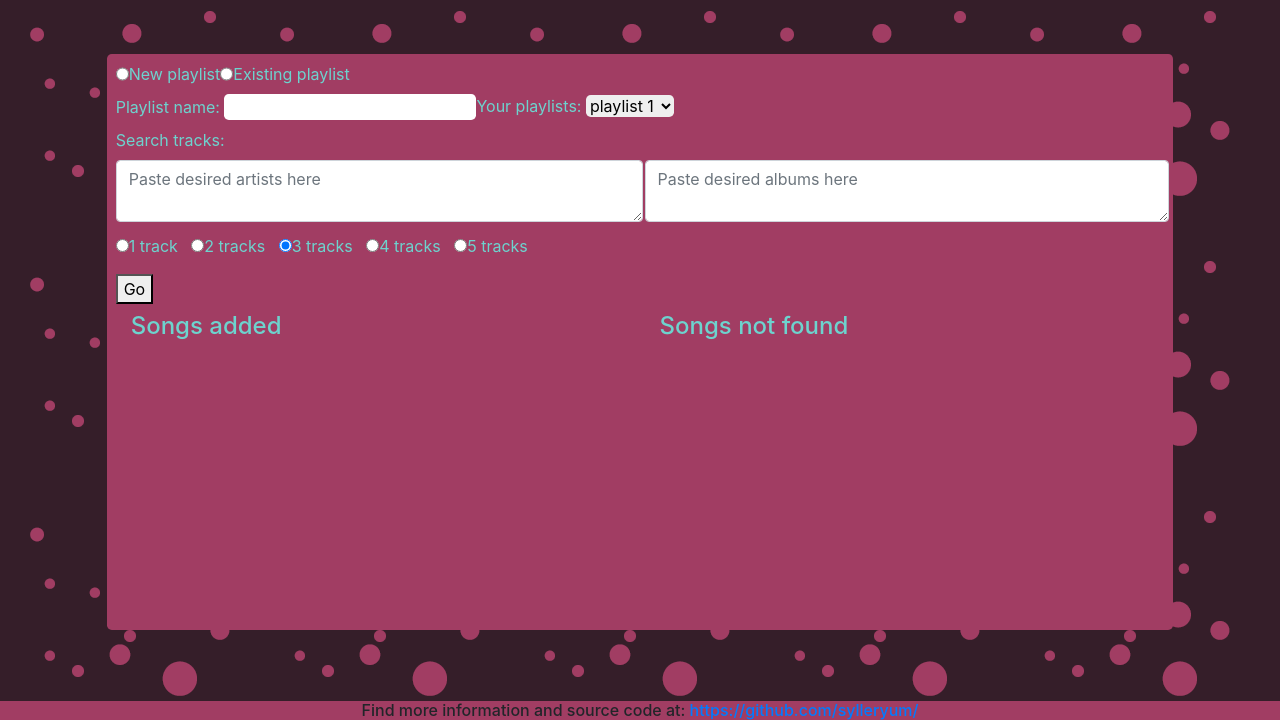
Repository: sylleryum/Frontend
Page: GetTopTracks/index.html
These files come from the project's save history. The page is drawn as it stood at one moment and after the next save; the edit follows.
The browser window is 1280 px wide. The pictures show the whole page.

Above is the page before, as saved 2019-10-13 17:43:14.

After the next save:
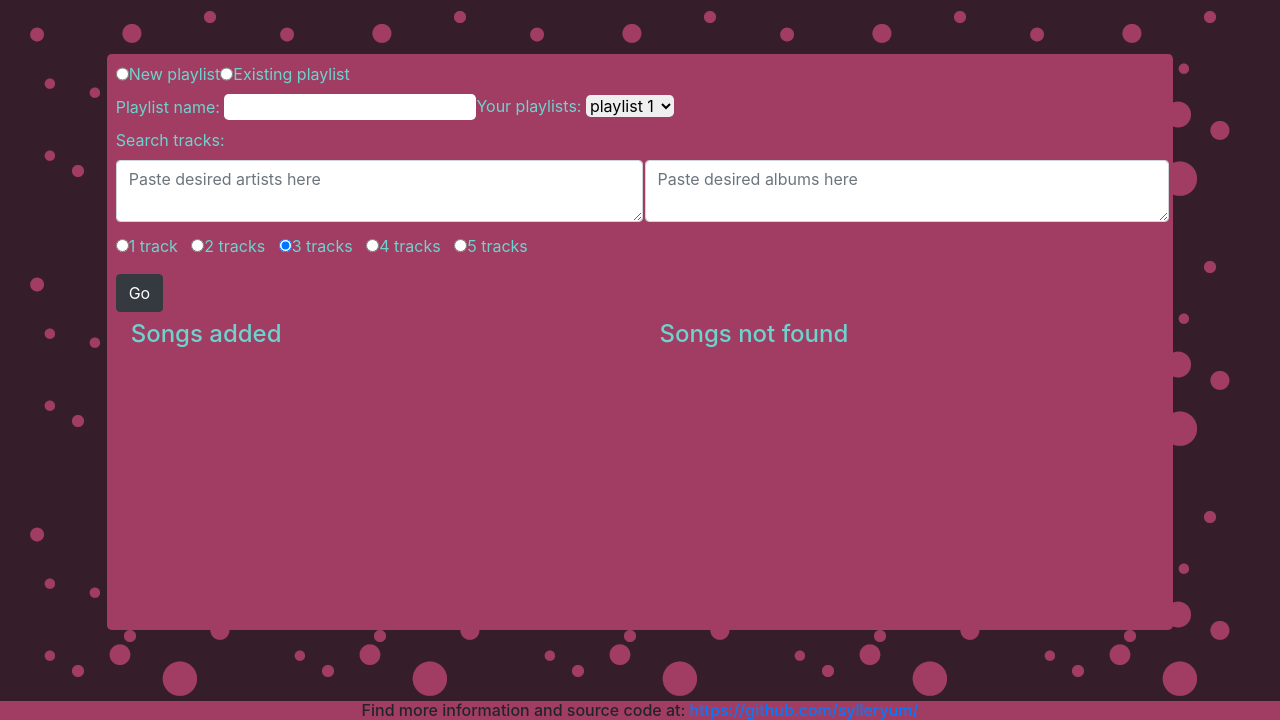
Saved 9 s later.
--- a/GetTopTracks/index.html
+++ b/GetTopTracks/index.html
@@ -69,7 +69,7 @@
                               <label><input type="radio" id="rAmount5" name="playlistRadio" value="rAmount4" onchange="">5 tracks&nbsp;&nbsp;&nbsp;</label>
                          </div>
                          <div class="row main-go pb-2">
-                              <button type="submit" class="button " id="submit-button">
+                              <button type="submit" class="btn btn-dark" id="submit-button">
                                    Go
                               </button>
                          </div>
